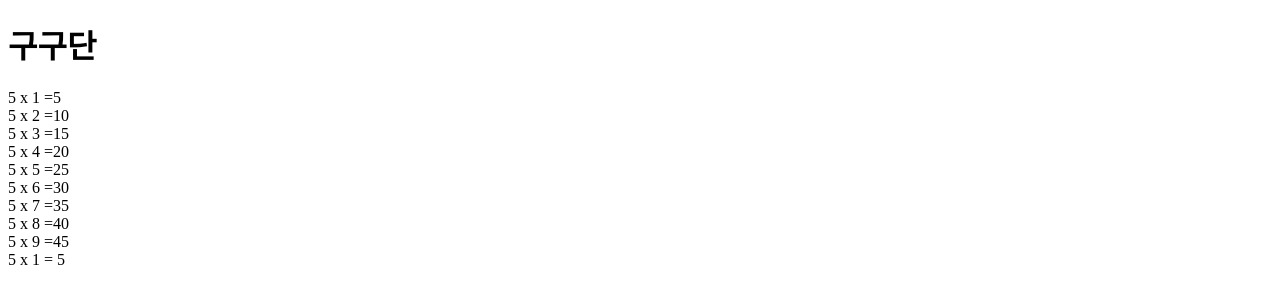
Repository: sujin9335/sever
Page: http://localhost/JSPTest/ex04.jsp
The author's editor kept a copy of each file at every save. The page is drawn from the files as they stood at one save, then again after a run of saves.
The browser window is 1280 px wide. The pictures show the whole page.
The page is served by Tomcat 9.

Above is the page before, as saved 2023-10-17 05:32:51.

### JSPTest/src/main/webapp/ex04.jsp
<%@ page language="java" contentType="text/html; charset=UTF-8"
    pageEncoding="UTF-8"%>

<%

	int dan=5;



%>
<!DOCTYPE html>
<html>
<head>
<meta charset="UTF-8">
<title>Insert title here</title>
</head>
<body>
	<h1>구구단</h1>

	<%
		for(int i=1; i<=9; i++) {
	%>
			<div><%=dan %> x <%=i %> =<%= dan*i %></div>
	<%
		}
	%>


	<div>5 x 1 = 5</div>

</body>
</html>

After the next 2 saves:
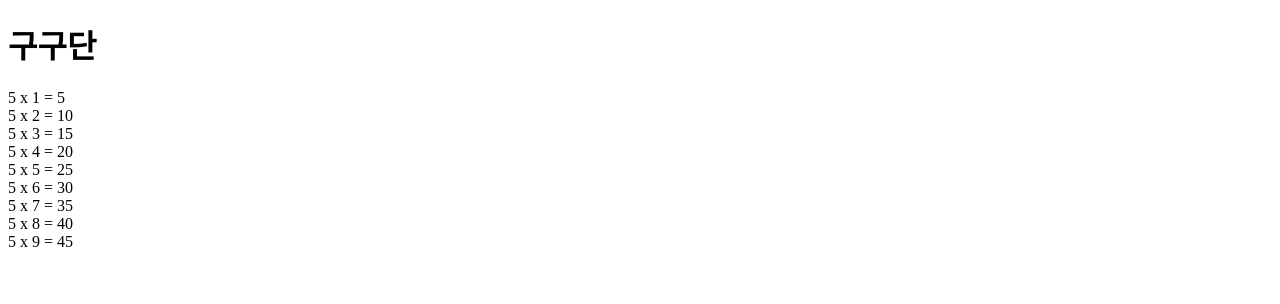
The 2 saves are shown as one change because they came seconds apart.
The last was saved 21 s later.
--- a/JSPTest/src/main/webapp/ex04.jsp
+++ b/JSPTest/src/main/webapp/ex04.jsp
@@ -20,13 +20,12 @@
 	<%
 		for(int i=1; i<=9; i++) {
 	%>
-			<div><%=dan %> x <%=i %> =<%= dan*i %></div>
+			<div><%=dan %> x <%=i %> = <%= dan*i %></div>
 	<%
 		}
 	%>
 
 
-	<div>5 x 1 = 5</div>
 
 </body>
 </html>
